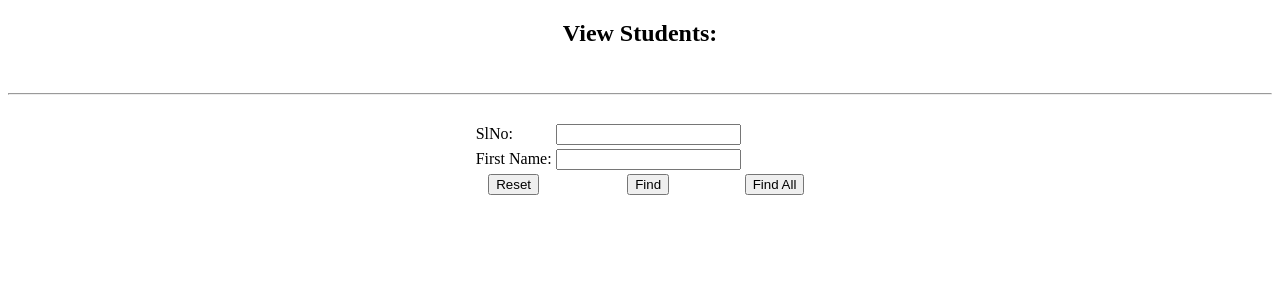
Repository: mdzeyan/JavaFSD-phase2-project
Page: Learners_Academy/src/main/webapp/ViewStudentsList.html
The author's editor kept a copy of each file at every save. The page is drawn from the files as they stood at one save, then again after the next save.
The browser window is 1280 px wide. The pictures show the whole page.

Above is the page before, as saved 2022-03-29 13:27:44.

After the next save:
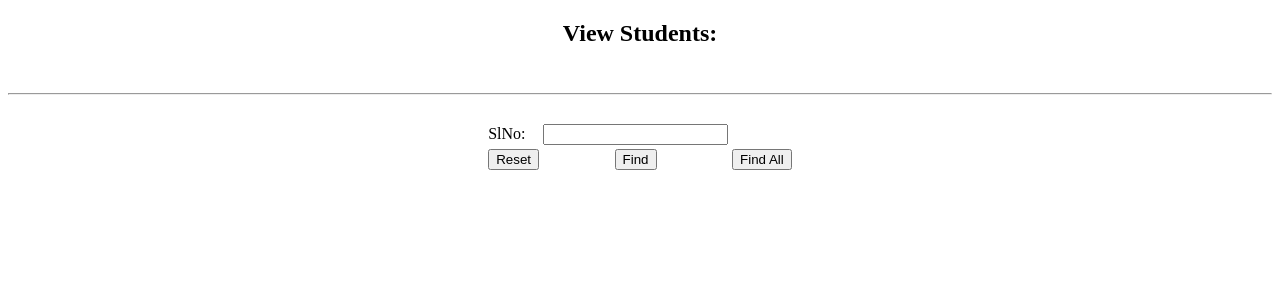
Saved 2 min 20 s later.
--- a/Learners_Academy/src/main/webapp/ViewStudentsList.html
+++ b/Learners_Academy/src/main/webapp/ViewStudentsList.html
@@ -16,10 +16,7 @@
 			<td>SlNo:</td>
 			<td><input type="text" name="slNo"></td>
 		</tr>
-		<tr>
-			<td>First Name:</td>
-			<td><input type="text" name="firstName"></td>
-		</tr>
+
 		<tr>
 			<td align="center"><input type="reset" value="Reset"></td>
 			<td align="center"><input type="submit" value="Find" name="button"></td>
